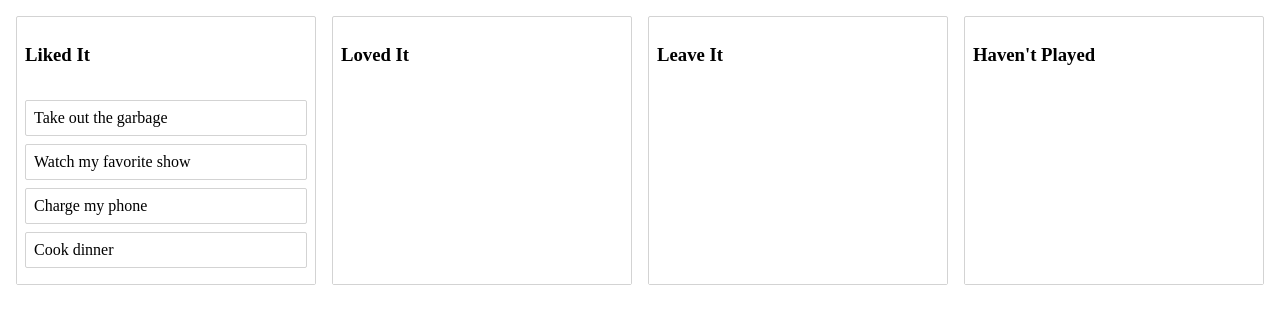
Repository: akiachenise/akiachenise.github.io
Page: / (app in JackboxGames_TierList_vanilla/tier-ranking/tier-list-app/)
These files come from the project's save history. The page is drawn as it stood at one moment and after the next save; the edit follows.
The browser window is 1280 px wide. The pictures show the whole page.
The project was rebuilt for these pictures with package versions that can differ from the ones it lists, and the page was loaded fresh each time.

Above is the page before, as saved 2022-11-29 20:31:00.

### JackboxGames_TierList_vanilla/tier-ranking/tier-list-app/src/index.js
import React from 'react';
import ReactDOM from 'react-dom';
import '@atlaskit/css-reset';
import styled from 'styled-components';
import { DragDropContext } from 'react-beautiful-dnd';
import Column from './column'
import initialData from './initial-data';

const Container = styled.div`
  display: flex;
`


class App extends React.Component {
  state = initialData

  onDragStart = () => {
    document.body.style.color = 'red';
    document.body.style.transition = 'background-color 0.2s ease';
  }

  onDragUpdate = update => {
    const { destination } = update;
    const opacity = destination
      ? destination.index /Object.keys(this.state.tasks).length
      : 0;
    document.body.style.backgroundColor = `rgba(153, 141, 217, ${opacity})`
  }

  onDragEnd = result => {
    document.body.style.color = 'inherit';
    document.body.style.backgroundColor = 'inherit';

    const {destination, source, draggableId } = result;

    if(!destination) {
      return;
    }

    if (destination.droppableId === source.droppableId && destination.index === source.index) {
      return;
    }

    const start = this.state.columns[source.droppableId];
    const finish = this.state.columns[destination.droppableId];

    if(start === finish) {
      const newTaskIds = Array.from(start.taskIds);
    newTaskIds.splice(source.index, 1);
    newTaskIds.splice(destination.index, 0, draggableId);

    const newColumn = {
      ...finish,
      taskIds: newTaskIds,
    };

    const newState = {
      ...this.state,
      columns: {
        ...this.state.columns,
        [newColumn.id]: newColumn,
      },
    };

    this.setState(newState);
    return;
  }
  // Moving each card from one column to another
  const startTaskIds = Array.from(start.taskIds);
  startTaskIds.splice(source.index, 1);
  const newStart = {
    ...start,
    taskIds: startTaskIds,
  };

  const finishTaskIds = Array.from(finish.taskIds);
  finishTaskIds.splice(destination.index, 0, draggableId);
  const newFinish = {
    ...finish,
    taskIds: finishTaskIds,
  };

  const newState = {
    ...this.state,
    columns: {
      ...this.state.columns,
      [newStart.id]: newStart,
      [newFinish.id]: newFinish,
    },
  };
  this.setState(newState);
  };
  render() {
    return (

      <DragDropContext onDragEnd={this.onDragEnd}>
      <Container>
        {this.state.columnOrder.map(columnId => {
          const column = this.state.columns[columnId];
          const tasks = column.taskIds.map(taskId => this.state.tasks[taskId]);

          return <Column key={column.id} column={column} tasks={tasks} />;
        })}
      </Container>
    </DragDropContext>
    );
  }
}

ReactDOM.render(<App />, document.getElementById('root'));

### JackboxGames_TierList_vanilla/tier-ranking/tier-list-app/src/column.js
import React from 'react';
import styled from 'styled-components';
import { Droppable } from 'react-beautiful-dnd';
import Task from './task';

const Container = styled.div`
  margin: 8px;
  border: 1px solid lightgrey;
  border-radius: 2px;
  width: 300px;

  display: flex;
  flex-direction: column;
`;
const Title = styled.h3`
  padding: 8px;
`;
const TaskList = styled.div`
  padding: 8px;
  transition: background-color 0.2s ease;
  background-color: ${props => (props.isDraggingOver ? 'red' : 'white')};
  flex-grow: 1;
  min-height: 100px;
`;

export default class Column extends React.Component {
  render() {
    return (
      <Container>
        <Title>{this.props.column.title}</Title>
        <Droppable droppableId={this.props.column.id}>
          {(provided, snapshot) =>
            <TaskList
              ref={provided.innerRef}
              {...provided.droppableProps}
              isDraggingOver={snapshot.isDraggingOver}
            >
              {this.props.tasks.map((task, index) => (
                <Task key={task.id} task={task} index={index} />
              ))}
              {provided.placeholder}
            </TaskList>
          }
        </Droppable>
      </Container>
    );
  }
}

### JackboxGames_TierList_vanilla/tier-ranking/tier-list-app/src/initial-data.js
const initialData = {
    tasks: {
      'task-1': { id: 'task-1', content: 'Take out the garbage' },
      'task-2': { id: 'task-2', content: 'Watch my favorite show' },
      'task-3': { id: 'task-3', content: 'Charge my phone' },
      'task-4': { id: 'task-4', content: 'Cook dinner' },
    },
    columns: {
      'column-1': {
        id: 'column-1',
        title: 'Liked It',
        taskIds: ['task-1', 'task-2', 'task-3', 'task-4'],
      },
      'column-2': {
        id: 'column-2',
        title: 'Loved It',
        taskIds: [],
      },
      'column-3': {
        id: 'column-3',
        title: 'Leave It',
        taskIds: [],
      },
      'column-4': {
        id: 'column-4',
        title: 'Haven\'t Played',
        taskIds: [],
      }
    },
    // Facilitate reordering of the columns
    columnOrder: [ 'column-1', 'column-2', 'column-3', 'column-4']
  };

  export default initialData;

### JackboxGames_TierList_vanilla/tier-ranking/tier-list-app/src/task.jsx
import React from 'react';
import styled from 'styled-components';
import { Draggable } from 'react-beautiful-dnd';

const Container = styled.div`
  border: 1px solid lightgrey;
  border-radius: 2px;
  padding: 8px;
  margin-bottom: 8px;
  background-color: ${props => (props.isDragging ? 'lightGreen' : 'white')};
`;

export default class Task extends React.Component {
  render() {
    return (
    <Draggable draggableId={this.props.task.id} index={this.props.index}>
      {(provided, snapshot) => (
        <Container
          {...provided.draggableProps}
          {...provided.dragHandleProps}
          ref={provided.innerRef}
          isDragging={snapshot.isDragging}
        >
          {this.props.task.content}
        </Container>
      )}
    </Draggable>
    );
  }
}

Loaded but not shown: JackboxGames_TierList_vanilla/tier-ranking/tier-list-app/public/index.html (common file)

After the next save:
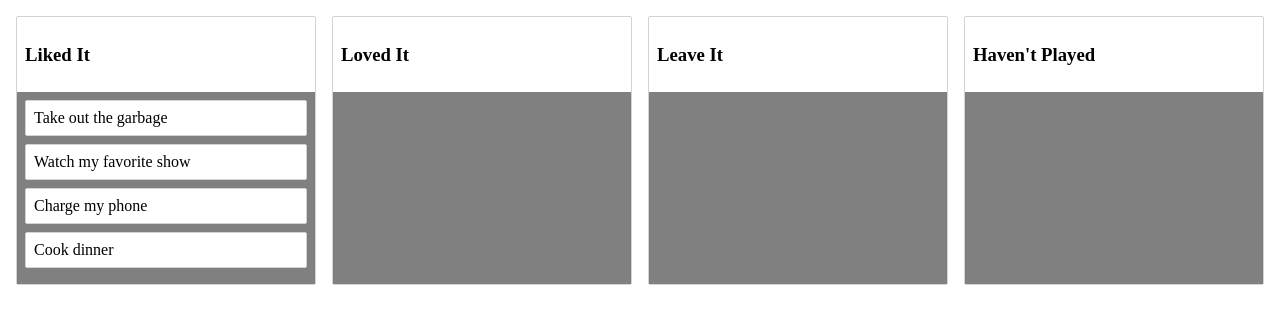
Saved 114 s later.
--- a/JackboxGames_TierList_vanilla/tier-ranking/tier-list-app/src/column.js
+++ b/JackboxGames_TierList_vanilla/tier-ranking/tier-list-app/src/column.js
@@ -18,7 +18,7 @@ const Title = styled.h3`
 const TaskList = styled.div`
   padding: 8px;
   transition: background-color 0.2s ease;
-  background-color: ${props => (props.isDraggingOver ? 'red' : 'white')};
+  background-color: ${props => (props.isDraggingOver ? 'red' : 'gray')};
   flex-grow: 1;
   min-height: 100px;
 `;
